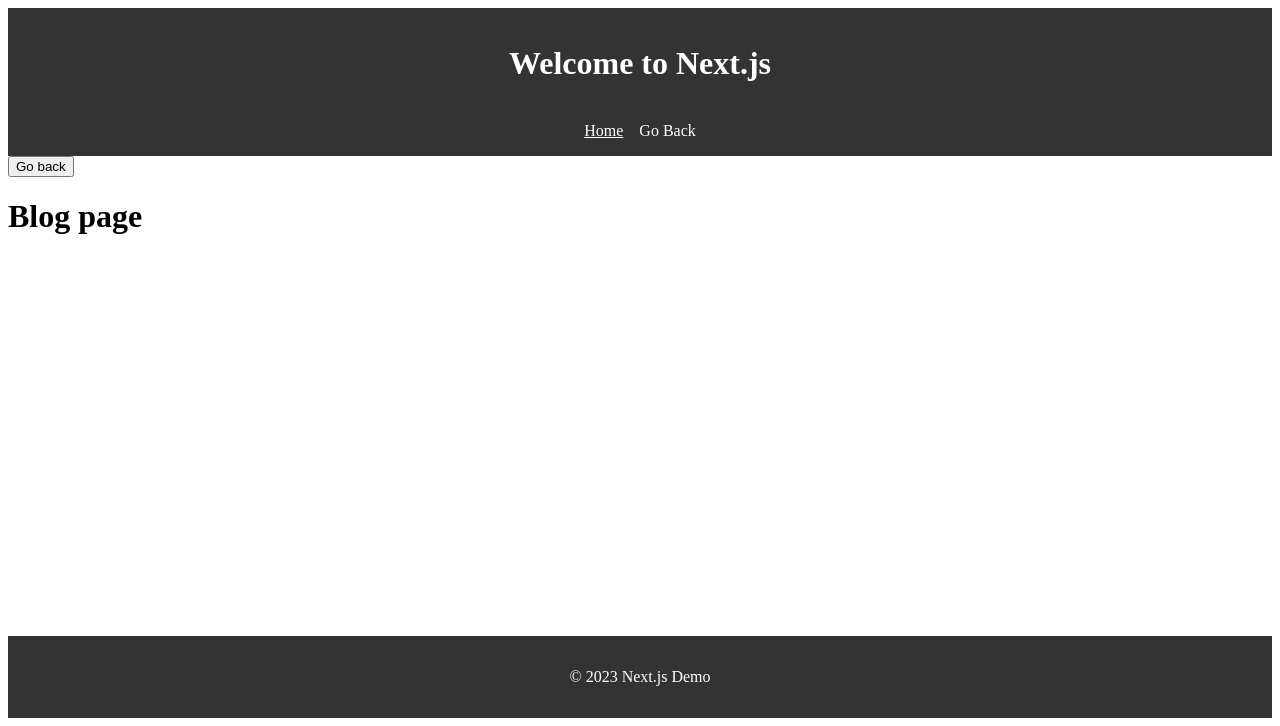
Repository: JasonMorta/NextJs-13_Basics
Page: /blog (app in NEXTJS15/next13-demo/)
An editor plug-in stored every save of this project. The page is shown before and after the next save, followed by the edit.
The browser window is 1280 px wide. The pictures show the whole page.
The project was rebuilt for these pictures with package versions that can differ from the ones it lists, and the page was loaded fresh each time. The framework's server and built-in components were replaced by stand-ins that run in the browser. Also part of the build but not shown: NEXTJS15/next13-demo/next.config.ts.

Above is the page before, as saved 2025-03-06 14:49:27.

After the next save:
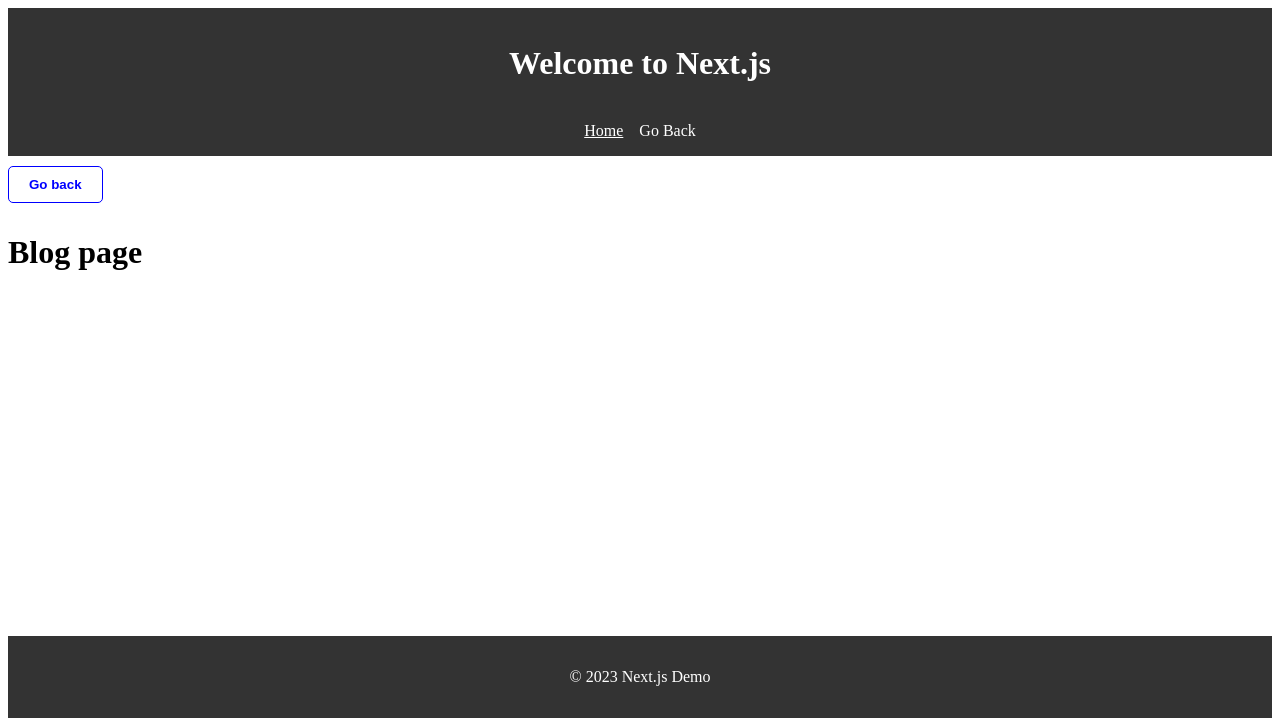
Saved 76 s later.
--- a/NEXTJS15/next13-demo/src/app/blog/page.tsx
+++ b/NEXTJS15/next13-demo/src/app/blog/page.tsx
@@ -5,11 +5,23 @@
 
 export default function Blog() {
   const route = useRouter();
+
+  // bg-transparent hover:bg-blue-500 text-blue-700 font-semibold hover:text-white py-2 px-4 border border-blue-500 hover:border-transparent rounded
+  const styles = {
+    backgroundColor: 'transparent',
+    color: 'blue',
+    fontWeight: 'bold',
+    padding: '10px 20px',
+    border: '1px solid blue',
+    borderRadius: '5px',
+    cursor: 'pointer',
+    margin: '10px 0'
+  }
   return (
 
     <>
     <button
-    className='bg-transparent hover:bg-blue-500 text-blue-700 font-semibold hover:text-white py-2 px-4 border border-blue-500 hover:border-transparent rounded'
+    style={styles}
      onClick={() => route.back()}>Go back</button>
     <h1>Blog page</h1>
     </>
